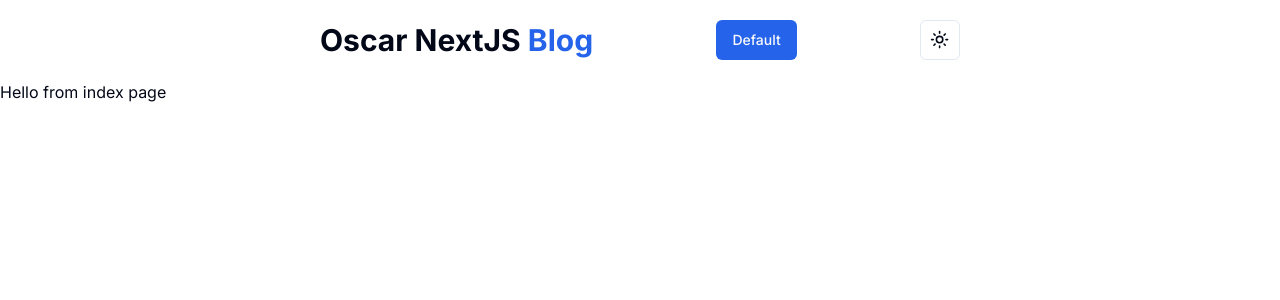
Repository: OscarXS/nextjs14-blog-1
Page: /
The author's editor kept a copy of each file at every save. The page is drawn from the files as they stood at one save, then again after the next save.
The browser window is 1280 px wide. The pictures show the whole page.
The project was rebuilt for these pictures with package versions that can differ from the ones it lists, and the page was loaded fresh each time. The framework's server and built-in components were replaced by stand-ins that run in the browser. Also part of the build but not shown: next.config.js, next.config.mjs.

Above is the page before, as saved 2024-02-10 21:03:17.

After the next save:
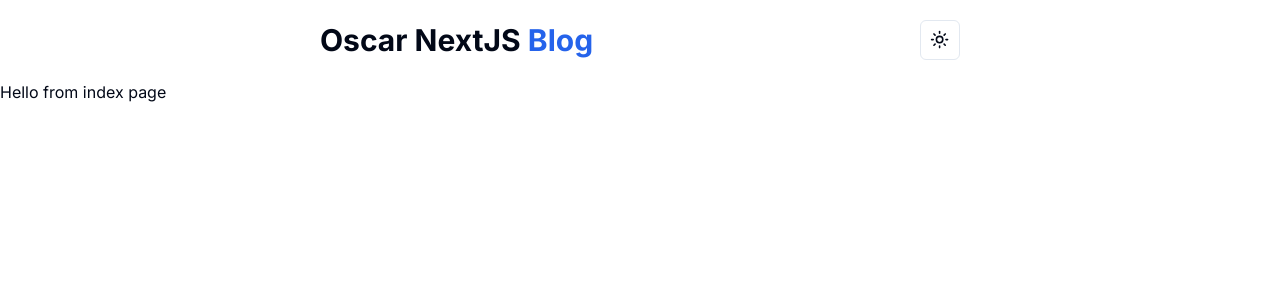
Saved 13 s later.
--- a/app/components/Navbar.tsx
+++ b/app/components/Navbar.tsx
@@ -9,7 +9,6 @@
         <Link href='/' className='font-bold text-3xl'>
             Oscar NextJS <span className='text-primary'>Blog</span>
         </Link>
-        <Button variant="default">Default</Button>
         <ModeToggle />
     </nav>
   )
